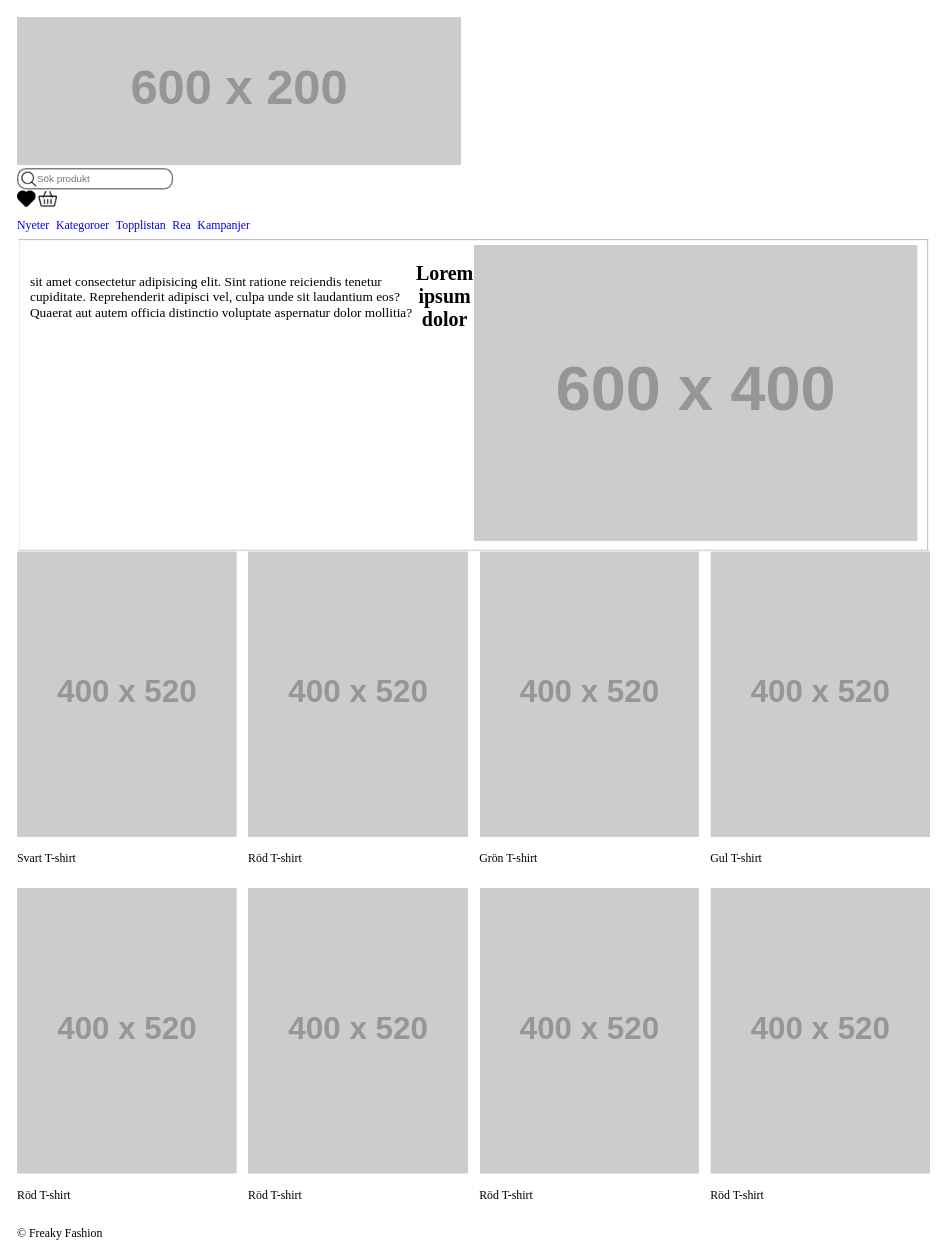
Repository: Kalle1995/project
Page: index.html
An editor plug-in stored every save of this project. The page is shown before and after the next save, followed by the edit.
The browser window is 1280 px wide. The pictures show the whole page, at 74% of full size.

Above is the page before, as saved 2024-10-05 21:20:45.

After the next save:
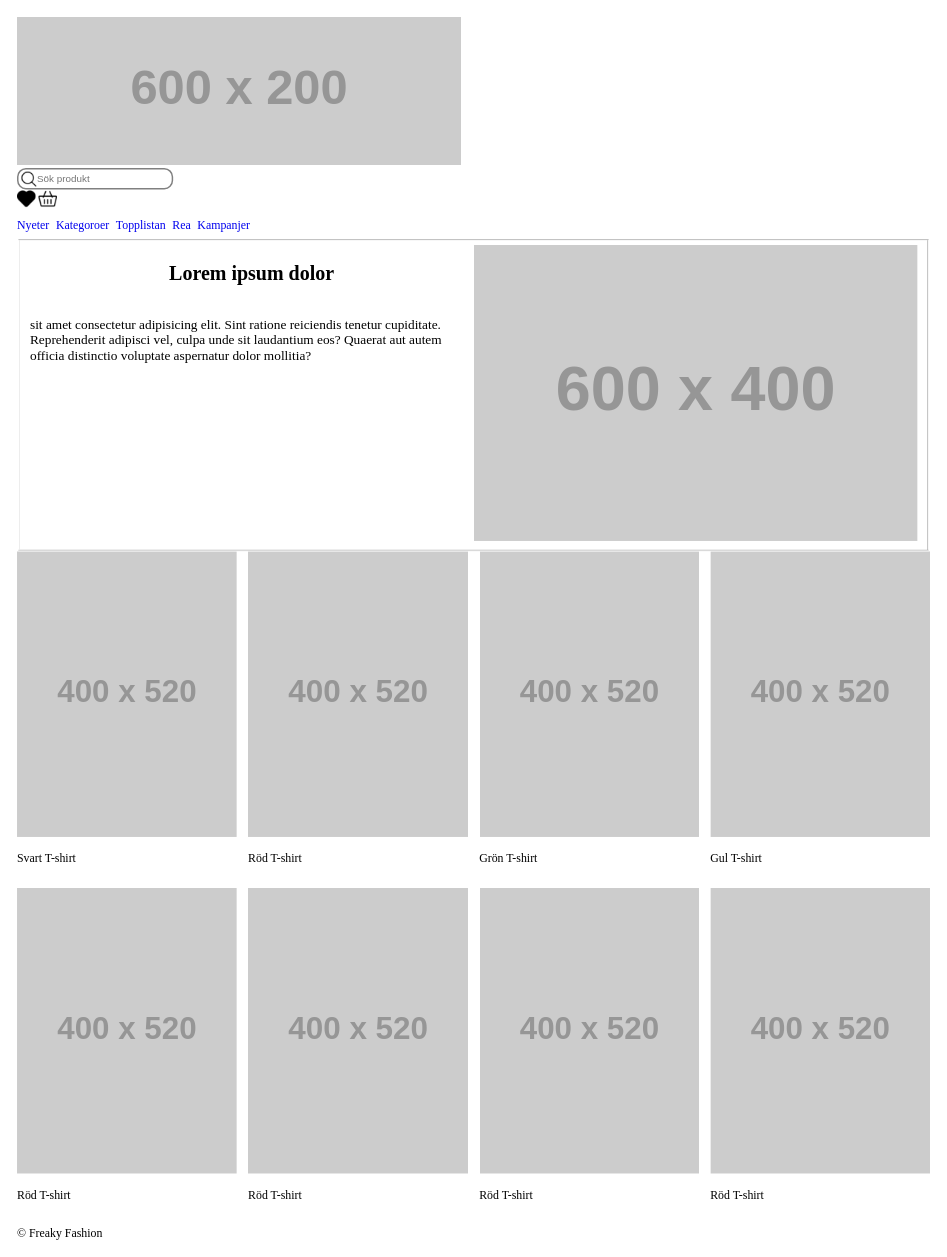
Saved 81 s later.
--- a/index.html
+++ b/index.html
@@ -49,13 +49,15 @@
       <article>
         <fieldset class="head">
           <img class="head-image" src="https://placehold.co/600x400" alt="" class="loremPic">
-          <h2 class="head-title">Lorem ipsum dolor</h2>
-          <p class="head-text">
-            <br>sit amet consectetur adipisicing elit. Sint ratione reiciendis tenetur cupiditate. Reprehenderit
-            adipisci
-            vel, culpa unde sit laudantium eos? Quaerat aut autem officia distinctio voluptate aspernatur dolor
-            mollitia?
-          </p>
+          <div>
+            <h2 class="head-title">Lorem ipsum dolor</h2>
+            <p class="head-text">
+              <br>sit amet consectetur adipisicing elit. Sint ratione reiciendis tenetur cupiditate. Reprehenderit
+              adipisci
+              vel, culpa unde sit laudantium eos? Quaerat aut autem officia distinctio voluptate aspernatur dolor
+              mollitia?
+            </p>
+          </div>
         </fieldset>
       </article>
     </section>
